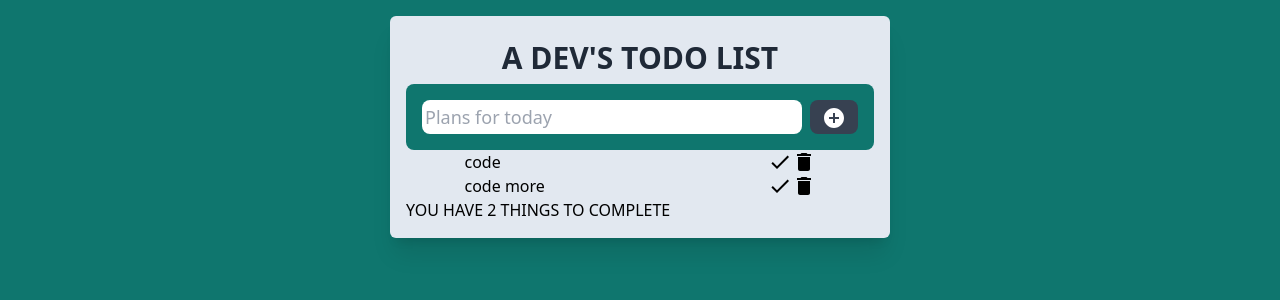
Repository: DevAntonioRogers/React-Todo-CRUD-App
Page: /
These files come from the project's save history. The page is drawn as it stood at one moment and after the next save; the edit follows.
The browser window is 1280 px wide. The pictures show the whole page.
The project was rebuilt for these pictures with package versions that can differ from the ones it lists, and the page was loaded fresh each time. Also part of the build but not shown: vite.config.ts.

Above is the page before, as saved 2023-05-14 19:51:13.

After the next save:
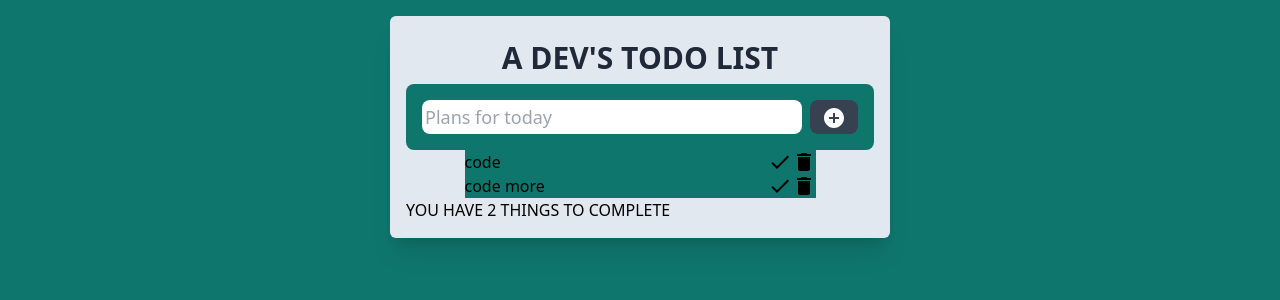
Saved 29 s later.
--- a/src/components/Todo.tsx
+++ b/src/components/Todo.tsx
@@ -8,7 +8,7 @@ interface TodoProps {
 const Todo = ({ todos }: TodoProps) => {
   return (
     <li>
-      <div className="flex items-center justify-between w-3/4 m-auto">
+      <div className="flex items-center justify-between w-3/4 m-auto bg-teal-700">
         <p>{todos}</p>
         <div className="flex">
           <CheckIcon />
